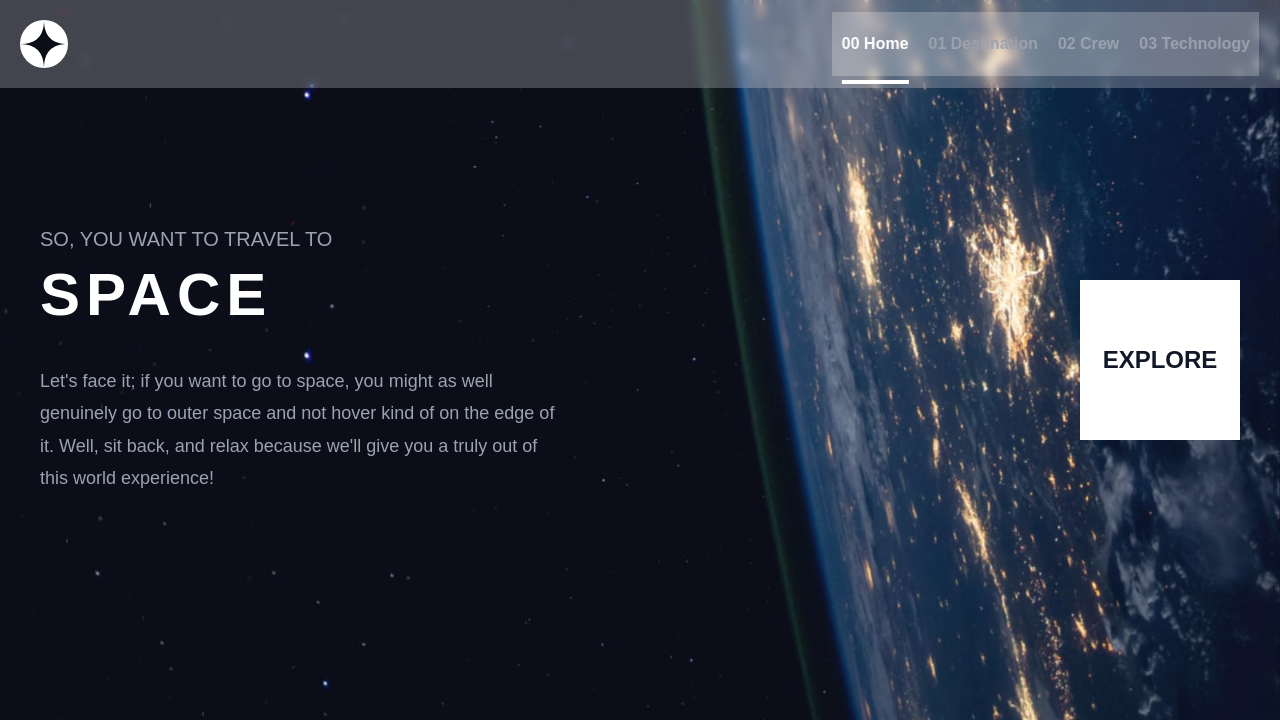
Repository: OmniaRafat232111121/Space-Toursim
Page: /
These files come from the project's save history. The page is drawn as it stood at one moment and after a run of saves; the edit follows.
The browser window is 1280 px wide. The pictures show the whole page.
Some web fonts or font styles are not loaded; a fallback is used. The project was rebuilt for these pictures with package versions that can differ from the ones it lists, and the page was loaded fresh each time. Also part of the build but not shown: src/components/Destination.js, src/components/Crew.js, src/components/Technology.js, src/components/Error.js.

Above is the page before, as saved 2022-08-09 15:43:34.

### public/index.html
<!DOCTYPE html>
<html lang="en">
  <head>
    <meta charset="utf-8" />
    <link rel="icon" href="%PUBLIC_URL%/favicon-32x32.png" />
    <meta name="viewport" content="width=device-width, initial-scale=1" />
    <meta name="theme-color" content="#111827" />
    <meta name="description" content="Space Toursim Multi Page Website" />
    <link rel="apple-touch-icon" href="%PUBLIC_URL%/logo192.png" />
    <!--
      manifest.json provides metadata used when your web app is installed on a
      user's mobile device or desktop. See https://developers.google.com/web/fundamentals/web-app-manifest/
    -->
    <link rel="manifest" href="%PUBLIC_URL%/manifest.json" />
    <!--
      Notice the use of %PUBLIC_URL% in the tags above.
      It will be replaced with the URL of the `public` folder during the build.
      Only files inside the `public` folder can be referenced from the HTML.

      Unlike "/favicon.ico" or "favicon.ico", "%PUBLIC_URL%/favicon.ico" will
      work correctly both with client-side routing and a non-root public URL.
      Learn how to configure a non-root public URL by running `npm run build`.
    -->
    <link
      rel="stylesheet"
      href="https://cdnjs.cloudflare.com/ajax/libs/tailwindcss/2.2.17/tailwind.min.css"
      referrerpolicy="no-referrer"
    />
    <link rel="preconnect" href="https://fonts.googleapis.com" />
    <link rel="preconnect" href="https://fonts.gstatic.com" crossorigin />
    <link
      href="https://fonts.googleapis.com/css2?family=Mohave:wght@400&family=Zen+Antique&display=swap"
      rel="stylesheet"
    />
    <title>Space Tourism Multi Page Website</title>
  </head>
  <body>
    <noscript>You need to enable JavaScript to run this app.</noscript>
    <div id="root"></div>
    <!--
      This HTML file is a template.
      If you open it directly in the browser, you will see an empty page.

      You can add webfonts, meta tags, or analytics to this file.
      The build step will place the bundled scripts into the <body> tag.

      To begin the development, run `npm start` or `yarn start`.
      To create a production bundle, use `npm run build` or `yarn build`.
    -->
  </body>
</html>

### src/index.css
body {
  margin: 0;
  font-family: "Mohave", sans-serif;
  -webkit-font-smoothing: antialiased;
  -moz-osx-font-smoothing: grayscale;
}

h1,
h2 {
  font-family: "Zen Antique", sans-serif;
}

a {
  text-decoration: none;
}

img {
  max-width: 100%;
}

button,
img {
  user-select: none;
  -moz-user-select: none;
}

p {
  line-height: 1.8;
}

.gray {
  color: #7e7e7e;
}

.white {
  color: #ffffff;
}

.header {
  position: absolute;
  width: 100%;
  background-color: rgba(255, 255, 255, 0.233);
  backdrop-filter: blur(5px);
  --webkit-backdrop-fiter: blur(5px);
}

.header nav {
  display: none;
}

 .header nav.open {
  display: block;
}

.header nav ul {
  display: flex;
  flex-direction: column;
  align-items: center;
  justify-content: center;
  background-color: #111827;
  backdrop-filter: blur(10px);
  --webkit-backdrop-filter: blur(10px);
  width: calc(100vw - 50px);
  position: absolute;
  left: 50%;
  top: 100px;
  transform: translateX(-50%);
  z-index: 999;
}

 .header nav ul li {
  margin: 10px 0;
}

.menu {
  display: block;
}
.home {
  background: url("./starter-code/assets/home/background-home-mobile.jpg")
    no-repeat center/cover;
  height: calc(100vh - 1px);
}

.home .overlay {
  display: flex;
  flex-direction: column;
  align-items: center;
  justify-content: center;
  height: calc(100vh - 1px);
}

.destinations {
  background: url("./starter-code/assets/destination/background-destination-mobile.jpg")
    no-repeat center/cover;
  height: auto;
}

.crew {
  background: url("./starter-code/assets/crew/background-crew-mobile.jpg")
    no-repeat center/cover;
  height: auto;
}

.technology {
  background: url("./starter-code/assets/technology/background-technology-mobile.jpg")
    no-repeat center/cover;
  height: auto;
}
@media (min-width: 768px) {
  .menu {
    display: none;
  }

  .header nav {
    display: block;
  }

  .header nav ul {
    flex-direction: row;
    background-color: transparent;
    backdrop-filter: blur(0);
    --webkit-backdrop-filter: blur(0);
    position: relative;
    top: 0;
    right: 0;
    width: auto;
  }

  .header nav ul li {
    margin: 0 10px;
  }
}



@media (min-width: 768px) {
  .home {
    background: url("./starter-code/assets/home/background-home-tablet.jpg")
      no-repeat center/cover;
    height: calc(100vh - 1px);
  }

  .home .overlay {
    flex-direction: row;
  }

  .destinations {
    background: url("./starter-code/assets/destination/background-destination-tablet.jpg")
      no-repeat center/cover;
  }

  .crew {
    background: url("./starter-code/assets/crew/background-crew-tablet.jpg")
      no-repeat center/cover;
  }

  .technology {
    background: url("./starter-code/assets/technology/background-technology-tablet.jpg")
      no-repeat center/cover;
  }

  @media (min-width: 1280px) {
    p {
      font-size: 18px;
    }

    .home {
      background: url("./starter-code/assets/home/background-home-desktop.jpg")
        no-repeat center/cover;
      height: 100vh;
    }

    .home .overlay {
      max-width: 1200px;
      margin: auto;
    }

    .destinations {
      background: url("./starter-code/assets/destination/background-destination-desktop.jpg")
        no-repeat center/cover;
    }

    .crew {
      background: url("./starter-code/assets/crew/background-crew-desktop.jpg")
        no-repeat center/cover;
    }

    .technology {
      background: url("./starter-code/assets/technology/background-technology-desktop.jpg")
        no-repeat center/cover;
    }
  }
}

### src/App.js
import { BrowserRouter as Router, Route, Switch } from "react-router-dom"
import {
  Header,
  Home,
  Destination,
  Crew,
  Technology,
  Error,
} from "./components"

function App() {
  return (
    <Router>
      <main>
        <Header />

        <Switch>
          <Route path="/" exact>
            <Home />
          </Route>
          <Route path="/destination">
            <Destination />
          </Route>
          <Route path="/crew">
            <Crew />
          </Route>
          <Route path="/technology">
            <Technology />
          </Route>
          <Route path="*">
            <Error />
          </Route>
        </Switch>
      </main>
    </Router>
  )
}

export default App

### src/components/index.js
import Header from "./Header"
import Home from "./Home"
import Destination from "./Destination"
import Crew from "./Crew"
import Technology from "./Technology"
import Error from "./Error"

export { Header, Home, Destination, Crew, Technology, Error }

### src/components/Header.js
import React from 'react'
import { NavLink } from "react-router-dom"
import { FiMenu } from "react-icons/fi"
import logo from "../starter-code/assets/shared/logo.svg"

export default function Header() {
  const handleClick = () => {
    const navbar = document.getElementById("navbar")

    navbar.classList.toggle("open")
  }

  return (
    <>
      <header className="header px-5 flex items-center justify-between">
        <div className="py-5">
          <NavLink to="/">
            <img src={logo} alt="space" title="Travel to Space" />
          </NavLink>
        </div>

        {/* {isOpen && ( */}
        <nav id="navbar">
          <ul className="flex items-center">
            <li className="mx-2 py-5 text-gray-400 font-semibold">
              <NavLink
                to="/"
                exact
                activeClassName="text-white border-b-4 border-white pb-7"
              >
                <span>00</span> Home
              </NavLink>
            </li>
            <li className="mx-2 py-5 text-gray-400 font-semibold">
              <NavLink
                to="/destination"
                exact
                activeClassName="text-white border-b-4 border-white pb-7"
              >
                <span>01</span> Destination
              </NavLink>
            </li>
            <li className="mx-2 py-5 text-gray-400 font-semibold">
              <NavLink
                to="/crew"
                exact
                activeClassName="text-white border-b-4 border-white pb-7"
              >
                <span>02</span> Crew
              </NavLink>
            </li>
            <li className="mx-2 py-5 text-gray-400 font-semibold">
              <NavLink
                to="/technology"
                exact
                activeClassName="text-white border-b-4 border-white pb-7"
              >
                <span>03</span> Technology
              </NavLink>
            </li>
          </ul>
        </nav>
        {/* )} */}

        <div className="menu">
          <button id="menu" onClick={handleClick}>
            <FiMenu className="text-white text-4xl" />
          </button>
        </div>
      </header>
    </>
  )
}

### src/components/Home.js
export default function Home() {
  return (
    <>
      <section className="home">
      <div className="overlay">
      <article className="text-center md:text-left">
      <h1 className="text-gray-400 text-xl uppercase">
              So, you want to travel to{" "}
              <span className="block font-semibold tracking-widest text-4xl text-white md:text-5xl lg:text-6xl 2xl:text-7xl mb-10 mt-3">
                space
              </span>
            </h1>

            <p className="text-gray-400 md:w-11/12 lg:w-1/2">
              Let's face it; if you want to go to space, you might as well
              genuinely go to outer space and not hover kind of on the edge of
              it. Well, sit back, and relax because we'll give you a truly out
              of this world experience!
            </p>
      </article>
      <article>
      <button className="bg-white text-gray-900 font-bold uppercase text-2xl w-40 h-40 ">
        Explore
      </button>
    </article>
      </div>

      </section>
    </>
  )
}

Loaded but not shown: src/index.js (common file); src/reportWebVitals.js (common file)

After the next 5 saves:
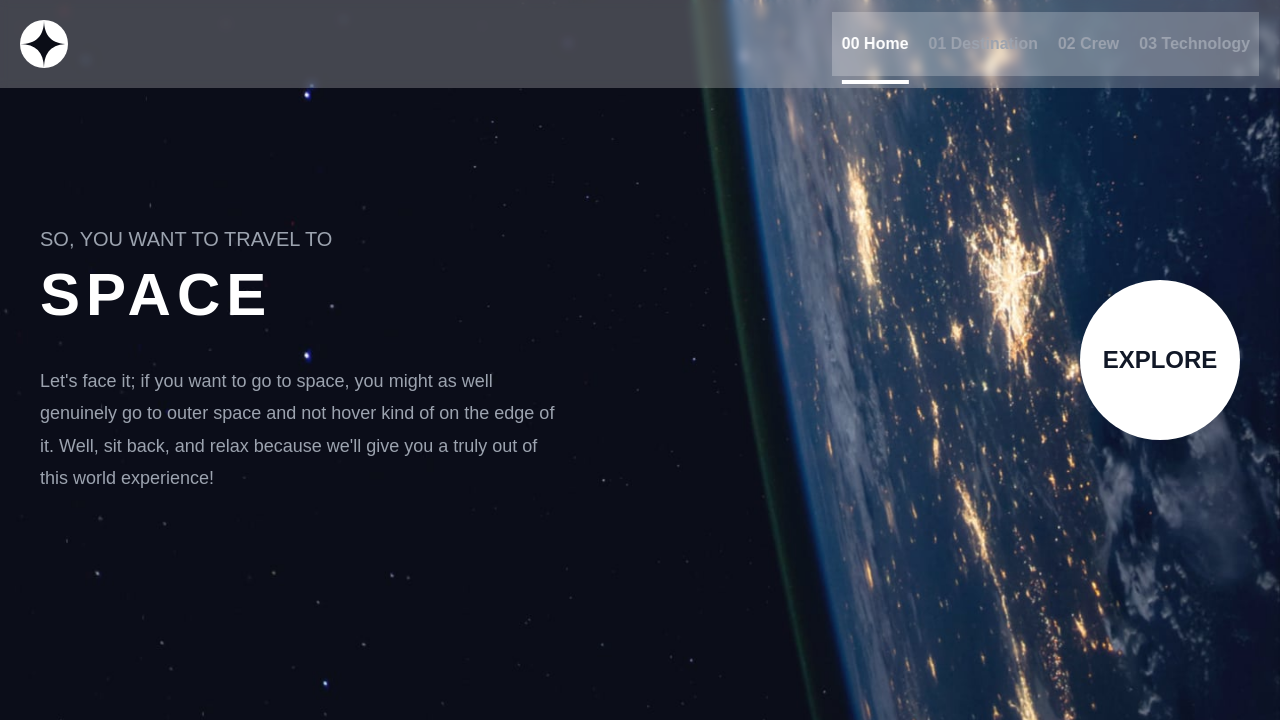
The 5 saves are shown as one change because they came seconds apart.
The last was saved 11 s later.
--- a/src/components/Home.js
+++ b/src/components/Home.js
@@ -19,7 +19,7 @@ export default function Home() {
             </p>
       </article>
       <article>
-      <button className="bg-white text-gray-900 font-bold uppercase text-2xl w-40 h-40 ">
+      <button className="bg-white text-gray-900 font-bold uppercase text-2xl w-40 h-40 rounded-full">
         Explore
       </button>
     </article>
